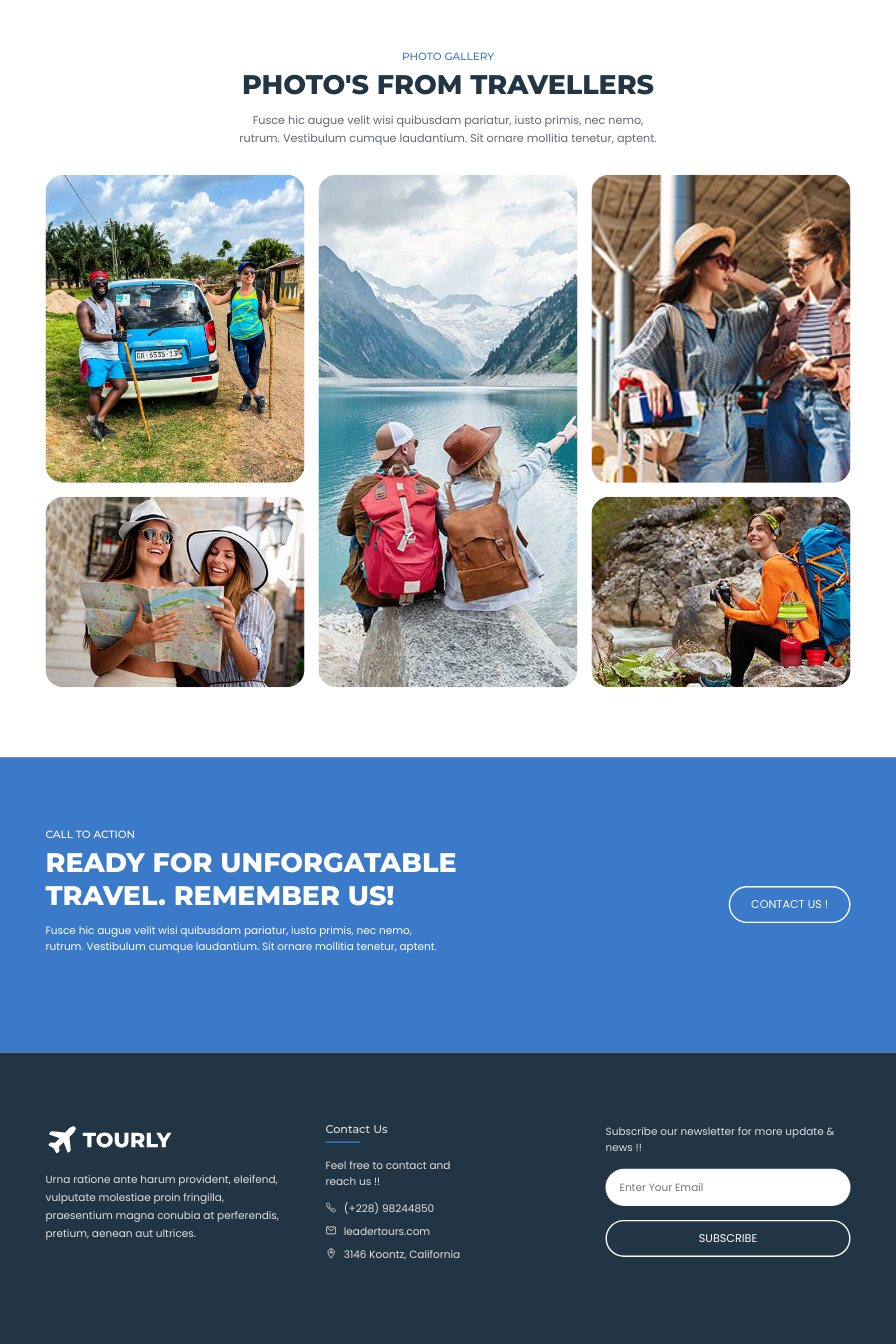
Repository: starlabman/Leader_Tours
Page: index.html
These files come from the project's save history. The page is drawn as it stood at one moment and after a run of saves; the edit follows.
The browser window is 1280 px wide. The pictures show the part of the page from y = 3494 to 5414 px (the page is 5500 px tall before and 5552 px after), at 70% of full size.

Above is the page before, as saved 2023-10-23 08:13:04.

### index.html
<!DOCTYPE html>
<html lang="en">

<head>
  <meta charset="UTF-8">
  <meta http-equiv="X-UA-Compatible" content="IE=edge">
  <meta name="viewport" content="width=device-width, initial-scale=1.0">
  <title>Leader Tours agency</title>

  <!--
    - favicon
  -->
  <link rel="shortcut icon" href="./favicon.svg" type="image/svg+xml">

  <!--
    - custom css link
  -->
  <link rel="stylesheet" href="./assets/css/style.css">

  <!--
    - google font link
  -->
  <link rel="preconnect" href="https://fonts.googleapis.com">
  <link rel="preconnect" href="https://fonts.gstatic.com" crossorigin>
  <link
    href="https://fonts.googleapis.com/css2?family=Montserrat:wght@500;600;700;800&family=Poppins:wght@400;500;600;700&display=swap"
    rel="stylesheet">
</head>

<body id="top">

  <!--
    - #HEADER
  -->

  <header class="header" data-header>

    <div class="overlay" data-overlay></div>

    <div class="header-top">
      <div class="container">

        <a href="tel:+22898244850" class="helpline-box">

          <div class="icon-box">
            <ion-icon name="call-outline"></ion-icon>
          </div>

          <div class="wrapper">
            <p class="helpline-title"> For Further Inquires :</p>

            <p class="helpline-number">(+228) 98244850</p>
          </div>

        </a>

        <a href="#" class="logo">
          <img src="./assets/images/logo.svg" alt="Leader Tours logo">
        </a>

        <div class="header-btn-group">

          <button class="search-btn" aria-label="Search">
            <ion-icon name="search"></ion-icon>
          </button>

          <button class="nav-open-btn" aria-label="Open Menu" data-nav-open-btn>
            <ion-icon name="menu-outline"></ion-icon>
          </button>

        </div>

      </div>
    </div>

    <div class="header-bottom">
      <div class="container">

        <ul class="social-list">

          <li>
            <a href="#" class="social-link">
              <ion-icon name="logo-facebook"></ion-icon>
            </a>
          </li>

          <li>
            <a href="#" class="social-link">
              <ion-icon name="logo-twitter"></ion-icon>
            </a>
          </li>

          <li>
            <a href="#" class="social-link">
              <ion-icon name="logo-youtube"></ion-icon>
            </a>
          </li>

        </ul>

        <nav class="navbar" data-navbar>

          <div class="navbar-top">

            <a href="#" class="logo">
              <img src="./assets/images/logo-blue.svg" alt="Tourly logo">
            </a>

            <button class="nav-close-btn" aria-label="Close Menu" data-nav-close-btn>
              <ion-icon name="close-outline"></ion-icon>
            </button>

          </div>

          <ul class="navbar-list">

            <li>
              <a href="#home" class="navbar-link" data-nav-link>home</a>
            </li>

            <li>
              <a href="#" class="navbar-link" data-nav-link>about us</a>
            </li>

            <li>
              <a href="#destination" class="navbar-link" data-nav-link>destination</a>
            </li>

            <li>
              <a href="#package" class="navbar-link" data-nav-link>packages</a>
            </li>

            <li>
              <a href="#gallery" class="navbar-link" data-nav-link>gallery</a>
            </li>

            <li>
              <a href="#contact" class="navbar-link" data-nav-link>contact us</a>
            </li>

          </ul>

        </nav>

        <button class="btn btn-primary">Book Now</button>

      </div>
    </div>

  </header>





  <main>
    <article>

      <!--
        - #HERO
      -->

      <section class="hero" id="home">
        <div class="container">

          <h2 class="h1 hero-title">Journey to explore world</h2>

          <p class="hero-text">
            Ac mi duis mollis. Sapiente? Scelerisque quae, penatibus? Suscipit class corporis nostra rem quos
            voluptatibus habitant?
            Fames, vivamus minim nemo enim, gravida lobortis quasi, eum.
          </p>

          <div class="btn-group">
            <button class="btn btn-primary">Learn more</button>

            <button class="btn btn-secondary">Book now</button>
          </div>

        </div>
      </section>





      <!--
        - #TOUR SEARCH
      -->

      <section class="tour-search">
        <div class="container">

          <form action="" class="tour-search-form">

            <div class="input-wrapper">
              <label for="destination" class="input-label">Search Destination*</label>

              <input type="text" name="destination" id="destination" required placeholder="Enter Destination"
                class="input-field">
            </div>

            <div class="input-wrapper">
              <label for="people" class="input-label">Pax Number*</label>

              <input type="number" name="people" id="people" required placeholder="No.of People" class="input-field">
            </div>

            <div class="input-wrapper">
              <label for="checkin" class="input-label">Checkin Date**</label>

              <input type="date" name="checkin" id="checkin" required class="input-field">
            </div>

            <div class="input-wrapper">
              <label for="checkout" class="input-label">Checkout Date*</label>

              <input type="date" name="checkout" id="checkout" required class="input-field">
            </div>

            <button type="submit" class="btn btn-secondary">Inquire now</button>

          </form>

        </div>
      </section>





      <!--
        - #POPULAR
      -->

      <section class="popular" id="destination">
        <div class="container">

          <p class="section-subtitle">Uncover place</p>

          <h2 class="h2 section-title">Popular destination</h2>

          <p class="section-text">
            Fusce hic augue velit wisi quibusdam pariatur, iusto primis, nec nemo, rutrum. Vestibulum cumque laudantium.
            Sit ornare
            mollitia tenetur, aptent.
          </p>

          <ul class="popular-list">

            <li>
              <div class="popular-card">

                <figure class="card-img">
                  <img src="./assets/images/popular-1.jpg" alt="San miguel, italy" loading="lazy">
                </figure>

                <div class="card-content">

                  <div class="card-rating">
                    <ion-icon name="star"></ion-icon>
                    <ion-icon name="star"></ion-icon>
                    <ion-icon name="star"></ion-icon>
                    <ion-icon name="star"></ion-icon>
                    <ion-icon name="star"></ion-icon>
                  </div>

                  <p class="card-subtitle">
                    <a href="#">Italy</a>
                  </p>

                  <h3 class="h3 card-title">
                    <a href="#">San miguel</a>
                  </h3>

                  <p class="card-text">
                    Fusce hic augue velit wisi ips quibusdam pariatur, iusto.
                  </p>

                </div>

              </div>
            </li>

            <li>
              <div class="popular-card">

                <figure class="card-img">
                  <img src="./assets/images/popular-2.jpg" alt="Burj khalifa, dubai" loading="lazy">
                </figure>

                <div class="card-content">

                  <div class="card-rating">
                    <ion-icon name="star"></ion-icon>
                    <ion-icon name="star"></ion-icon>
                    <ion-icon name="star"></ion-icon>
                    <ion-icon name="star"></ion-icon>
                    <ion-icon name="star"></ion-icon>
                  </div>

                  <p class="card-subtitle">
                    <a href="#">Dubai</a>
                  </p>

                  <h3 class="h3 card-title">
                    <a href="#">Burj khalifa</a>
                  </h3>

                  <p class="card-text">
                    Fusce hic augue velit wisi ips quibusdam pariatur, iusto.
                  </p>

                </div>

              </div>
            </li>

            <li>
              <div class="popular-card">

                <figure class="card-img">
                  <img src="./assets/images/popular-3.jpg" alt="Kyoto temple, japan" loading="lazy">
                </figure>

                <div class="card-content">

                  <div class="card-rating">
                    <ion-icon name="star"></ion-icon>
                    <ion-icon name="star"></ion-icon>
                    <ion-icon name="star"></ion-icon>
                    <ion-icon name="star"></ion-icon>
                    <ion-icon name="star"></ion-icon>
                  </div>

                  <p class="card-subtitle">
                    <a href="#">Japan</a>
                  </p>

                  <h3 class="h3 card-title">
                    <a href="#">Kyoto temple</a>
                  </h3>

                  <p class="card-text">
                    Fusce hic augue velit wisi ips quibusdam pariatur, iusto.
                  </p>

                </div>

              </div>
            </li>

          </ul>

          <button class="btn btn-primary">More destintion</button>

        </div>
      </section>





      <!--
        - #PACKAGE
      -->

      <section class="package" id="package">
        <div class="container">

          <p class="section-subtitle">Popular Packeges</p>

          <h2 class="h2 section-title">Checkout Our Packeges</h2>

          <p class="section-text">
            Fusce hic augue velit wisi quibusdam pariatur, iusto primis, nec nemo, rutrum. Vestibulum cumque laudantium.
            Sit ornare
            mollitia tenetur, aptent.
          </p>

          <ul class="package-list">

            <li>
              <div class="package-card">

                <figure class="card-banner">
                  <img src="./assets/images/packege-1.jpg" alt="Experience The Great Holiday On Beach" loading="lazy">
                </figure>

                <div class="card-content">

                  <h3 class="h3 card-title">Experience The Great Holiday On Beach</h3>

                  <p class="card-text">
                    Laoreet, voluptatum nihil dolor esse quaerat mattis explicabo maiores, est aliquet porttitor! Eaque,
                    cras, aspernatur.
                  </p>

                  <ul class="card-meta-list">

                    <li class="card-meta-item">
                      <div class="meta-box">
                        <ion-icon name="time"></ion-icon>

                        <p class="text">7D/6N</p>
                      </div>
                    </li>

                    <li class="card-meta-item">
                      <div class="meta-box">
                        <ion-icon name="people"></ion-icon>

                        <p class="text">pax: 10</p>
                      </div>
                    </li>

                    <li class="card-meta-item">
                      <div class="meta-box">
                        <ion-icon name="location"></ion-icon>

                        <p class="text">Malaysia</p>
                      </div>
                    </li>

                  </ul>

                </div>

                <div class="card-price">

                  <div class="wrapper">

                    <p class="reviews">(25 reviews)</p>

                    <div class="card-rating">
                      <ion-icon name="star"></ion-icon>
                      <ion-icon name="star"></ion-icon>
                      <ion-icon name="star"></ion-icon>
                      <ion-icon name="star"></ion-icon>
                      <ion-icon name="star"></ion-icon>
                    </div>

                  </div>

                  <p class="price">
                    $750
                    <span>/ per person</span>
                  </p>

                  <button class="btn btn-secondary">Book Now</button>

                </div>

              </div>
            </li>

            <li>
              <div class="package-card">

                <figure class="card-banner">
                  <img src="./assets/images/packege-2.jpg" alt="Summer Holiday To The Oxolotan River" loading="lazy">
                </figure>

                <div class="card-content">

                  <h3 class="h3 card-title">Summer Holiday To The Oxolotan River</h3>

                  <p class="card-text">
                    Laoreet, voluptatum nihil dolor esse quaerat mattis explicabo maiores, est aliquet porttitor! Eaque,
                    cras, aspernatur.
                  </p>

                  <ul class="card-meta-list">

                    <li class="card-meta-item">
                      <div class="meta-box">
                        <ion-icon name="time"></ion-icon>

                        <p class="text">7D/6N</p>
                      </div>
                    </li>

                    <li class="card-meta-item">
                      <div class="meta-box">
                        <ion-icon name="people"></ion-icon>

                        <p class="text">pax: 10</p>
                      </div>
                    </li>

                    <li class="card-meta-item">
                      <div class="meta-box">
                        <ion-icon name="location"></ion-icon>

                        <p class="text">Malaysia</p>
                      </div>
                    </li>

                  </ul>

                </div>

                <div class="card-price">

                  <div class="wrapper">

                    <p class="reviews">(20 reviews)</p>

                    <div class="card-rating">
                      <ion-icon name="star"></ion-icon>
                      <ion-icon name="star"></ion-icon>
                      <ion-icon name="star"></ion-icon>
                      <ion-icon name="star"></ion-icon>
                      <ion-icon name="star"></ion-icon>
                    </div>

                  </div>

                  <p class="price">
                    $520
                    <span>/ per person</span>
                  </p>

                  <button class="btn btn-secondary">Book Now</button>

                </div>

              </div>
            </li>

            <li>
              <div class="package-card">

                <figure class="card-banner">
                  <img src="./assets/images/packege-3.jpg" alt="Santorini Island's Weekend Vacation" loading="lazy">
                </figure>

                <div class="card-content">

                  <h3 class="h3 card-title">Santorini Island's Weekend Vacation</h3>

                  <p class="card-text">
                    Laoreet, voluptatum nihil dolor esse quaerat mattis explicabo maiores, est aliquet porttitor! Eaque,
                    cras, aspernatur.
                  </p>

                  <ul class="card-meta-list">

                    <li class="card-meta-item">
                      <div class="meta-box">
                        <ion-icon name="time"></ion-icon>

                        <p class="text">7D/6N</p>
                      </div>
                    </li>

                    <li class="card-meta-item">
                      <div class="meta-box">
                        <ion-icon name="people"></ion-icon>

                        <p class="text">pax: 10</p>
                      </div>
                    </li>

                    <li class="card-meta-item">
                      <div class="meta-box">
                        <ion-icon name="location"></ion-icon>

                        <p class="text">Malaysia</p>
                      </div>
                    </li>

                  </ul>

                </div>

                <div class="card-price">

                  <div class="wrapper">

                    <p class="reviews">(40 reviews)</p>

                    <div class="card-rating">
                      <ion-icon name="star"></ion-icon>
                      <ion-icon name="star"></ion-icon>
                      <ion-icon name="star"></ion-icon>
                      <ion-icon name="star"></ion-icon>
                      <ion-icon name="star"></ion-icon>
                    </div>

                  </div>

                  <p class="price">
                    $660
                    <span>/ per person</span>
                  </p>

                  <button class="btn btn-secondary">Book Now</button>

                </div>

              </div>
            </li>

          </ul>

          <button class="btn btn-primary">View All Packages</button>

        </div>
      </section>





      <!--
        - #GALLERY
      -->

      <section class="gallery" id="gallery">
        <div class="container">

          <p class="section-subtitle">Photo Gallery</p>

          <h2 class="h2 section-title">Photo's From Travellers</h2>

          <p class="section-text">
            Fusce hic augue velit wisi quibusdam pariatur, iusto primis, nec nemo, rutrum. Vestibulum cumque laudantium.
            Sit ornare
            mollitia tenetur, aptent.
          </p>

          <ul class="gallery-list">

            <li class="gallery-item">
              <figure class="gallery-image">
                <img src="./assets/images/photo_2023-09-12_15-59-10.jpg" alt="Gallery image">
              </figure>
            </li>

            <li class="gallery-item">
              <figure class="gallery-image">
                <img src="./assets/images/gallery-2.jpg" alt="Gallery image">
              </figure>
            </li>

            <li class="gallery-item">
              <figure class="gallery-image">
                <img src="./assets/images/gallery-3.jpg" alt="Gallery image">
              </figure>
            </li>

            <li class="gallery-item">
              <figure class="gallery-image">
                <img src="./assets/images/gallery-4.jpg" alt="Gallery image">
              </figure>
            </li>

            <li class="gallery-item">
              <figure class="gallery-image">
                <img src="./assets/images/gallery-5.jpg" alt="Gallery image">
              </figure>
            </li>

          </ul>

        </div>
      </section>





      <!--
        - #CTA
      -->

      <section class="cta" id="contact">
        <div class="container">

          <div class="cta-content">
            <p class="section-subtitle">Call To Action</p>

            <h2 class="h2 section-title">Ready For Unforgatable Travel. Remember Us!</h2>

            <p class="section-text">
              Fusce hic augue velit wisi quibusdam pariatur, iusto primis, nec nemo, rutrum. Vestibulum cumque
              laudantium. Sit ornare
              mollitia tenetur, aptent.
            </p>
          </div>

          <button class="btn btn-secondary">Contact Us !</button>

        </div>
      </section>

    </article>
  </main>





  <!--
    - #FOOTER
  -->

  <footer class="footer">

    <div class="footer-top">
      <div class="container">

        <div class="footer-brand">

          <a href="#" class="logo">
            <img src="./assets/images/logo.svg" alt="Tourly logo">
          </a>

          <p class="footer-text">
            Urna ratione ante harum provident, eleifend, vulputate molestiae proin fringilla, praesentium magna conubia
            at
            perferendis, pretium, aenean aut ultrices.
          </p>

        </div>

        <div class="footer-contact">

          <h4 class="contact-title">Contact Us</h4>

          <p class="contact-text">
            Feel free to contact and reach us !!
          </p>

          <ul>

            <li class="contact-item">
              <ion-icon name="call-outline"></ion-icon>

              <a href="tel:+22898244850" class="contact-link">(+228) 98244850</a>
            </li>

            <li class="contact-item">
              <ion-icon name="mail-outline"></ion-icon>

              <a href="mailto:info.tourly.com" class="contact-link">leadertours.com</a>
            </li>

            <li class="contact-item">
              <ion-icon name="location-outline"></ion-icon>

              <address>3146 Koontz, California</address>
            </li>

          </ul>

        </div>

        <div class="footer-form">

          <p class="form-text">
            Subscribe our newsletter for more update & news !!
          </p>

          <form action="" class="form-wrapper">
            <input type="email" name="email" class="input-field" placeholder="Enter Your Email" required>

            <button type="submit" class="btn btn-secondary">Subscribe</button>
          </form>

        </div>

      </div>
    </div>

    <div class="footer-bottom">
      <div class="container">

        <p class="copyright">
          &copy; 2023 <a href="">codewithsadee</a>. All rights reserved
        </p>

        <ul class="footer-bottom-list">

          <li>
            <a href="#" class="footer-bottom-link">Privacy Policy</a>
          </li>

          <li>
            <a href="#" class="footer-bottom-link">Term & Condition</a>
          </li>

          <li>
            <a href="#" class="footer-bottom-link">FAQ</a>
          </li>

        </ul>

      </div>
    </div>

  </footer>





  <!--
    - #GO TO TOP
  -->

  <a href="#top" class="go-top" data-go-top>
    <ion-icon name="chevron-up-outline"></ion-icon>
  </a>





  <!--
    - custom js link
  -->
  <script src="./assets/js/script.js"></script>

  <!--
    - ionicon link
  -->
  <script type="module" src="https://unpkg.com/ionicons@5.5.2/dist/ionicons/ionicons.esm.js"></script>
  <script nomodule src="https://unpkg.com/ionicons@5.5.2/dist/ionicons/ionicons.js"></script>

</body>

</html>

Loaded but not shown: assets/js/script.js (46 lines, source omitted); assets/css/style.css (1298 lines, source omitted)

After the next 2 saves:
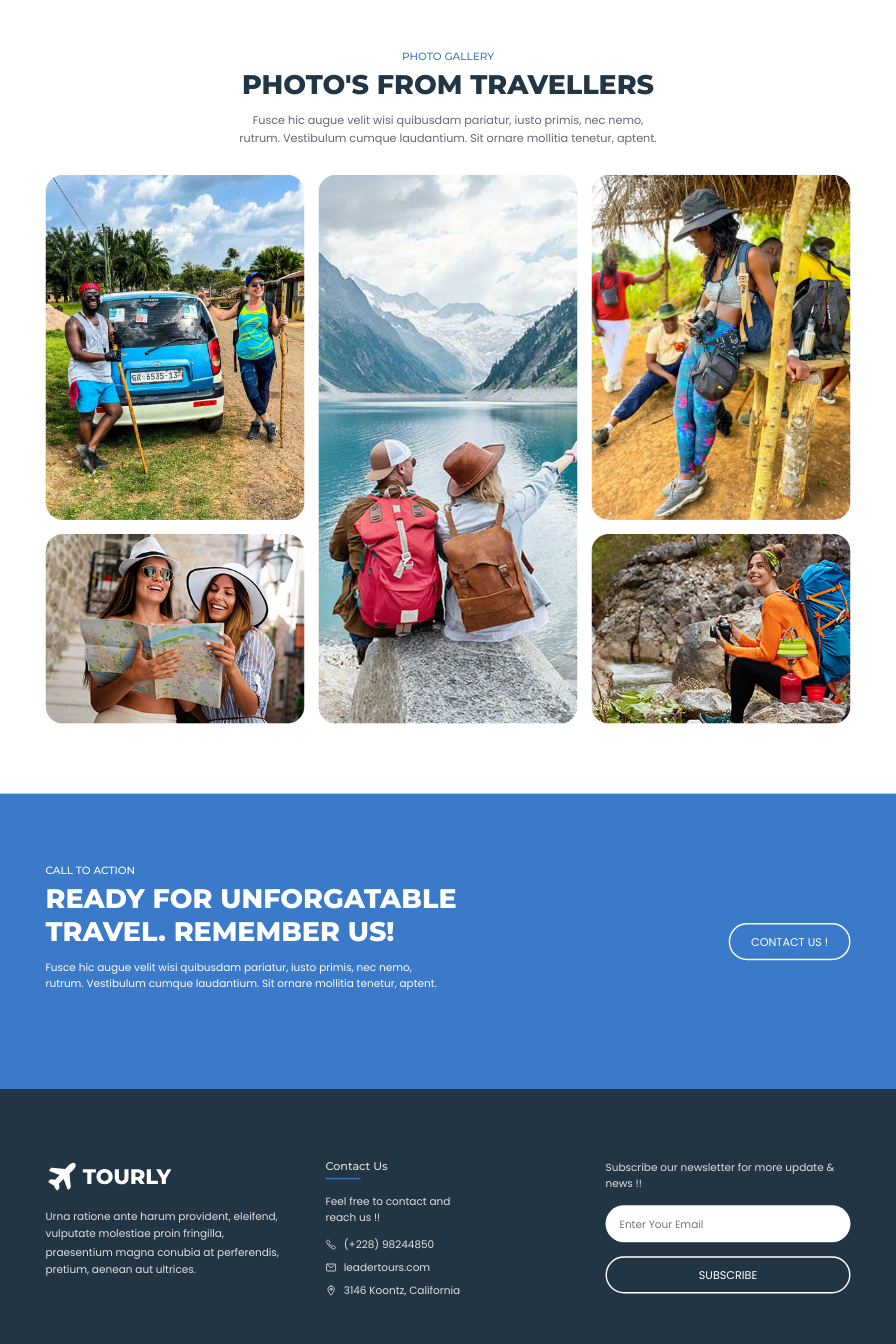
The 2 saves are shown as one change because they came seconds apart.
The last was saved 11 s later.
--- a/index.html
+++ b/index.html
@@ -640,7 +640,7 @@
 
             <li class="gallery-item">
               <figure class="gallery-image">
-                <img src="./assets/images/gallery-2.jpg" alt="Gallery image">
+                <img src="./assets/images/photo_2023-09-12_15-59-14.jpg" alt="Gallery image">
               </figure>
             </li>
 
